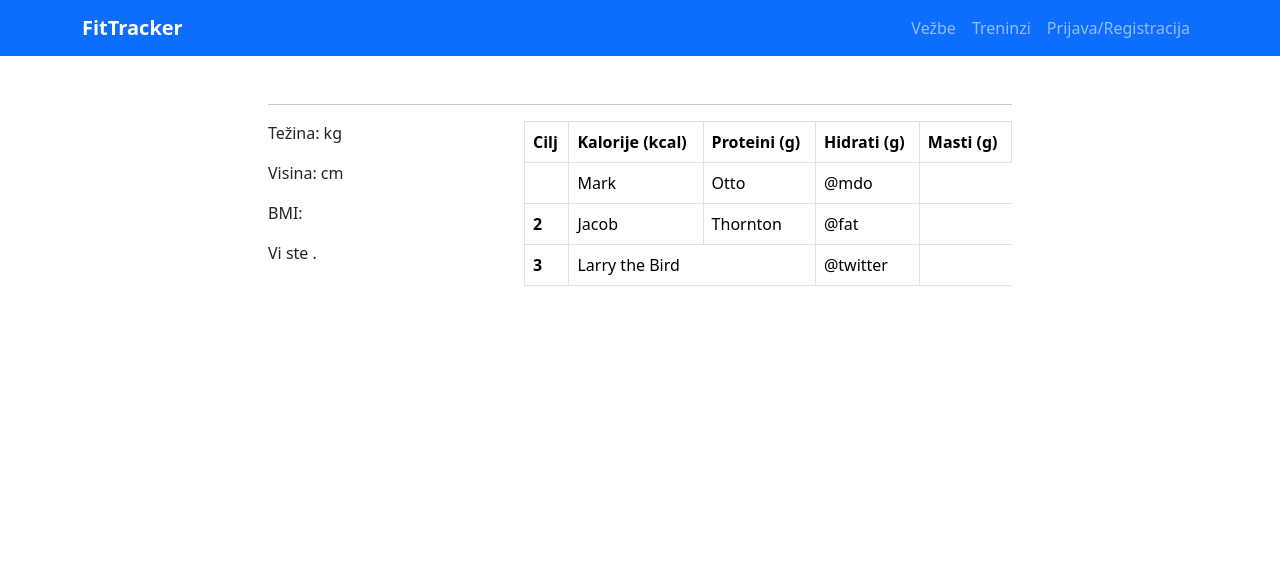
Repository: M1K1B/FitTracker
Page: http://localhost/FitTrackerWeb/profil.jsp
An editor plug-in stored every save of this project. The page is shown before and after the next save, followed by the edit.
The browser window is 1280 px wide. The pictures show the whole page.
The page is served by Tomcat 9. The template is opened directly, without the code that normally fills it, so the values that code supplies are empty.

Above is the page before, as saved 2024-02-02 11:22:20.

After the next save:
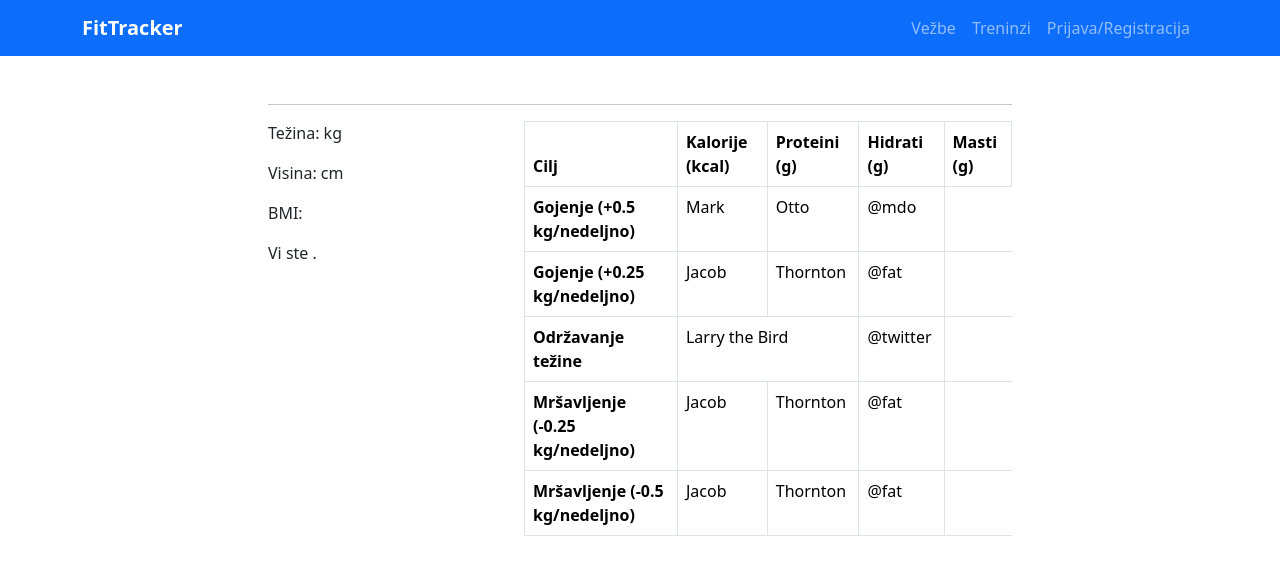
Saved 96 s later.
--- a/FitTrackerWeb/src/main/webapp/profil.jsp
+++ b/FitTrackerWeb/src/main/webapp/profil.jsp
@@ -56,21 +56,33 @@
 						</thead>
 						<tbody>
 							<tr>
-								<th scope="row"></th>
+								<th scope="row">Gojenje (+0.5 kg/nedeljno)</th>
 								<td>Mark</td>
 								<td>Otto</td>
 								<td>@mdo</td>
 							</tr>
 							<tr>
-								<th scope="row">2</th>
+								<th scope="row">Gojenje (+0.25 kg/nedeljno)</th>
 								<td>Jacob</td>
 								<td>Thornton</td>
 								<td>@fat</td>
 							</tr>
 							<tr>
-								<th scope="row">3</th>
+								<th scope="row">Održavanje težine</th>
 								<td colspan="2">Larry the Bird</td>
 								<td>@twitter</td>
+							</tr>
+							<tr>
+								<th scope="row">Mršavljenje (-0.25 kg/nedeljno)</th>
+								<td>Jacob</td>
+								<td>Thornton</td>
+								<td>@fat</td>
+							</tr>
+							<tr>
+								<th scope="row">Mršavljenje (-0.5 kg/nedeljno)</th>
+								<td>Jacob</td>
+								<td>Thornton</td>
+								<td>@fat</td>
 							</tr>
 						</tbody>
 					</table>
